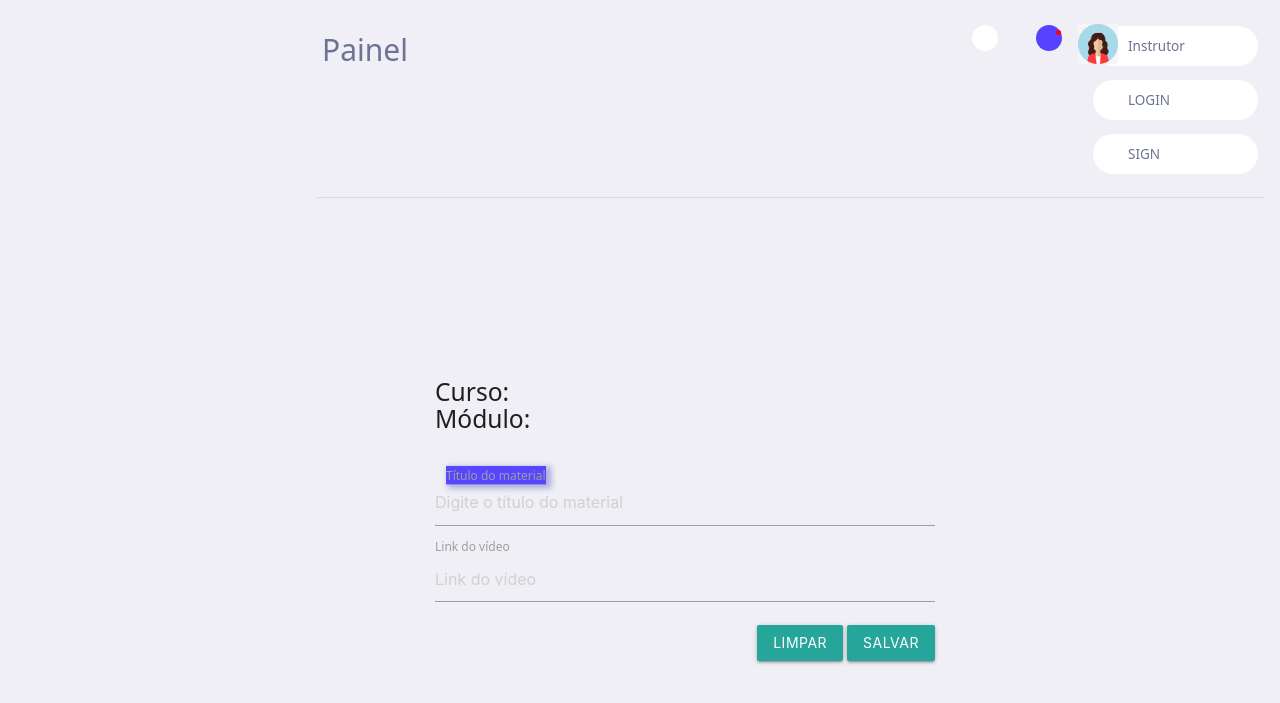
Repository: LauraMViana/Port-plus
Page: http://localhost/portPlus/addVideo
The author's editor kept a copy of each file at every save. The page is drawn from the files as they stood at one save, then again after the next save.
The browser window is 1280 px wide. The pictures show the whole page.
The page is this project's Thymeleaf template; nobody is signed in. The template is opened directly, without the code that normally fills it, so the values that code supplies are empty.

Above is the page before, as saved 2021-12-23 15:11:07.

After the next save:
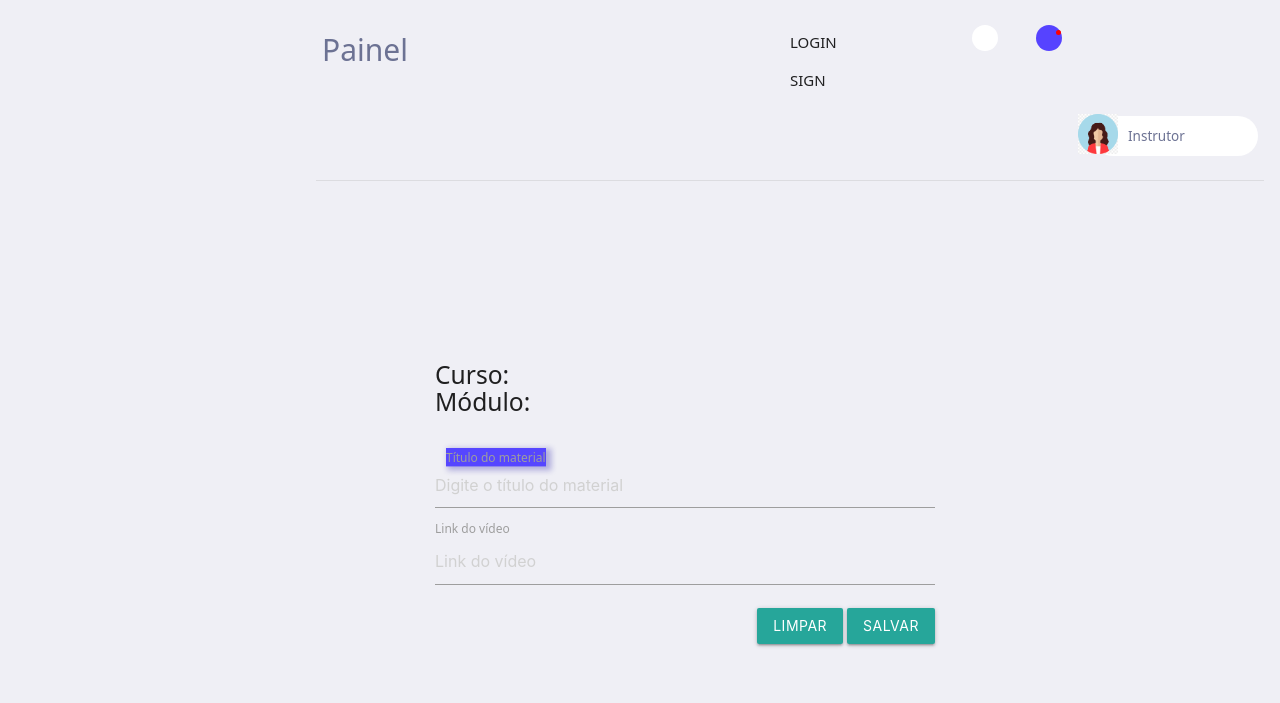
Saved 38 s later.
--- a/port/src/main/resources/templates/menu.html
+++ b/port/src/main/resources/templates/menu.html
@@ -57,6 +57,10 @@
 								disponível para os usuários </span>
 						</p>
 					</div>
+					<div>
+						<p>LOGIN</p>
+						<p>SIGN</p>
+					</div>
 					<div class="profile">
 
 						<img src="/Imagens/usuario.png" class="pro-img" />
@@ -76,12 +80,6 @@
 								<i class="fa fa-power-off"></i> &nbsp;&nbsp;Sair
 							</p>
 						</div>
-						<p>
-							LOGIN
-						</p>
-						<p>
-							SIGN
-						</p>
 					</div>
 				</div>
 				<div class="clearfix"></div>
